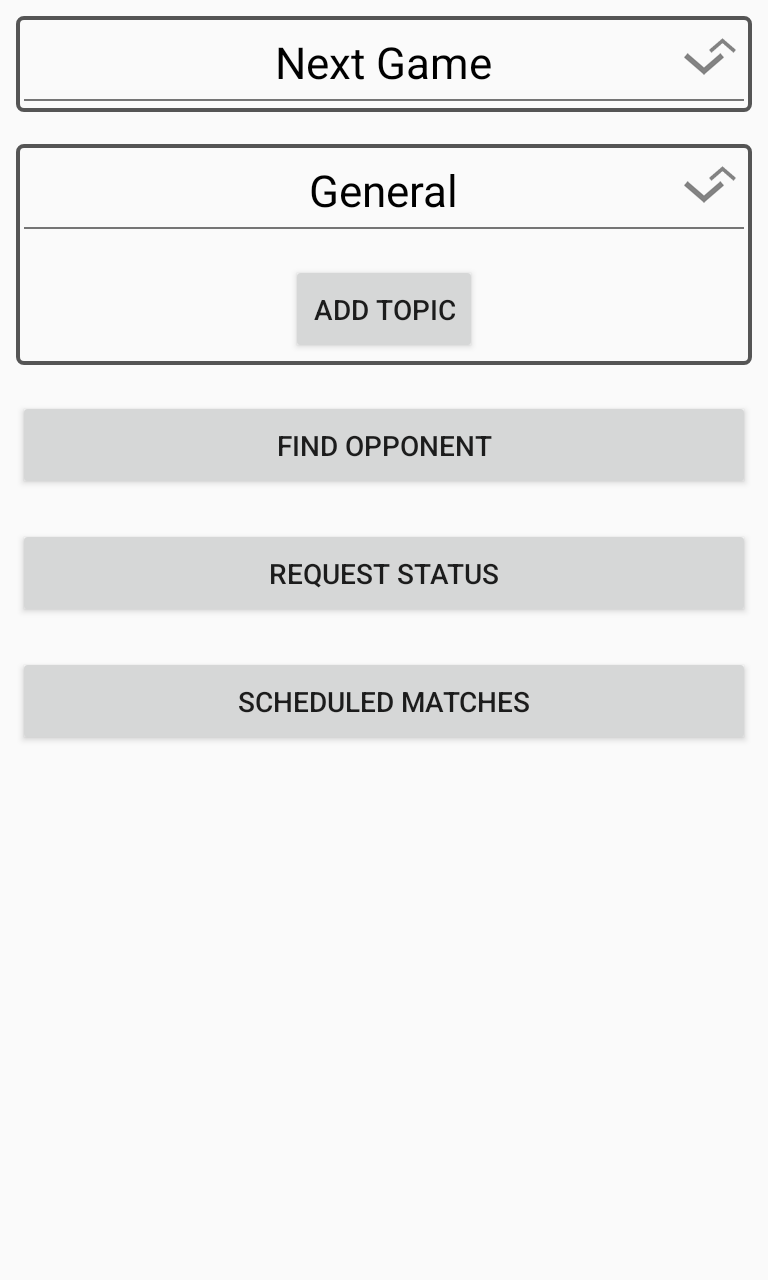
Repository: ASKproxy/TeamQuest
Layout: MatchQuest/res/layout/team_detail_fragment_layout.xml
These files come from the project's save history. The layout is drawn as it stood at one moment and after the next save; the edit follows.
It is drawn on a 768 x 1280 px phone screen (xhdpi) without system bars, with theme AppTheme; the app's code is not run. The app's manifest (not shown) leaves right-to-left support off. So textAlignment, textDirection and layoutDirection are ignored, and left and right values win over start and end ones.

Above is the layout before, as saved 2016-02-20 18:31:31.

After the next save:
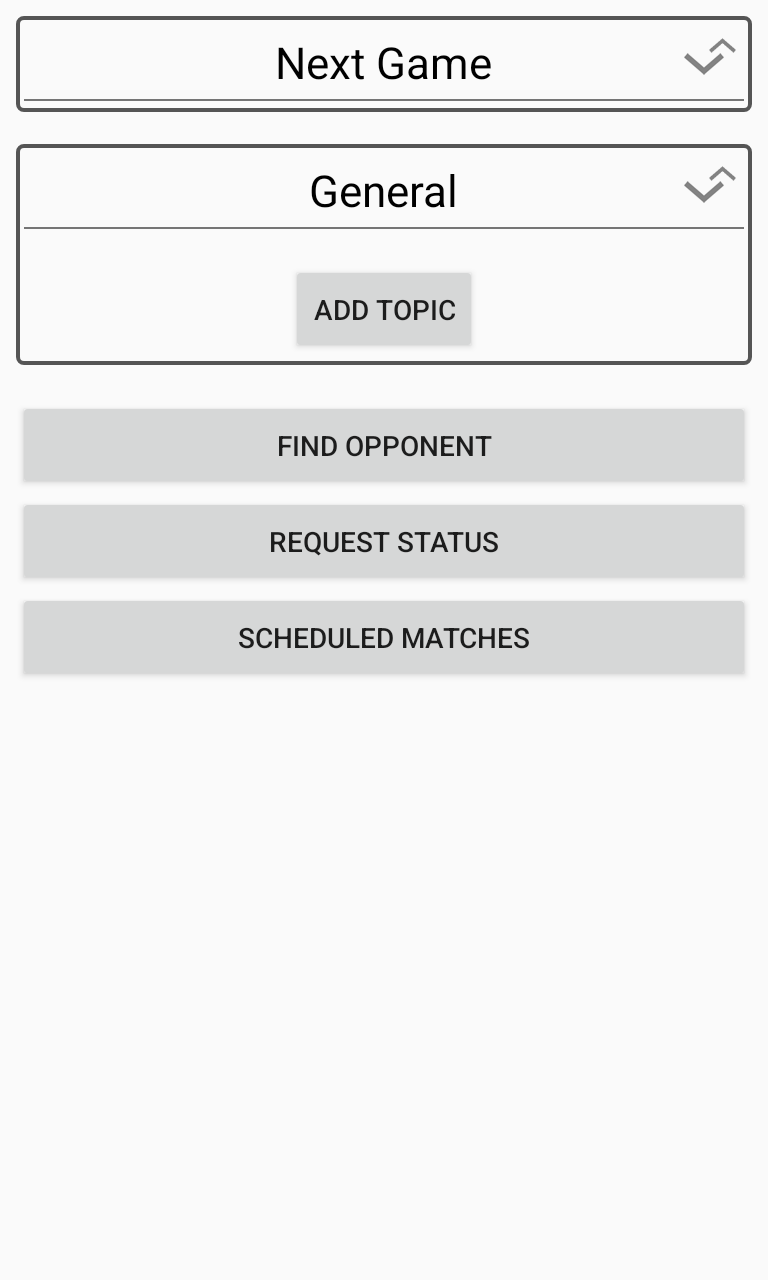
Saved 67 s later.
--- a/MatchQuest/res/layout/team_detail_fragment_layout.xml
+++ b/MatchQuest/res/layout/team_detail_fragment_layout.xml
@@ -139,7 +139,6 @@
         android:layout_below="@id/findoppo_button_team_detail"
         android:layout_width="match_parent"
         android:layout_height="wrap_content"
-        android:layout_marginTop="16dp"
         android:text="@string/team_detail_requestStatus">
          </Button>
        <Button
@@ -147,7 +146,6 @@
         android:layout_below="@id/requestStatus_button_team_detail"
         android:layout_width="match_parent"
         android:layout_height="wrap_content"
-        android:layout_marginTop="16dp"
         android:text="@string/team_detail_scheduledMatches">
       </Button>
 
